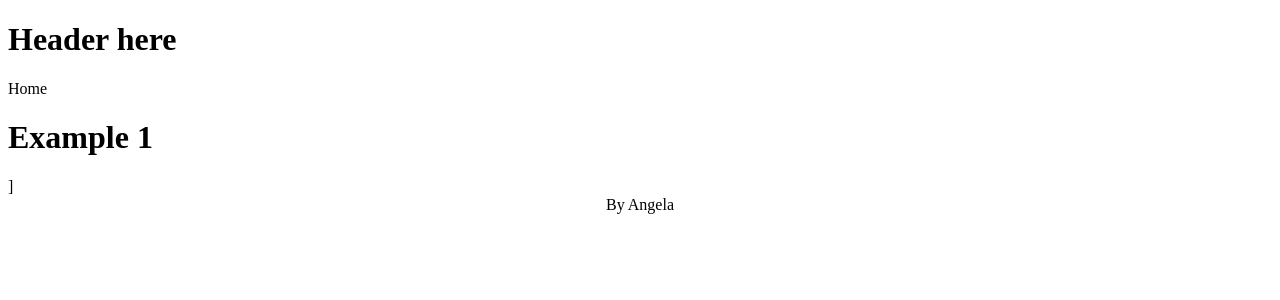
Repository: y-w-lee/class-3
Page: /ExampleOne
The author's editor kept a copy of each file at every save. The page is drawn from the files as they stood at one save, then again after the next save.
The browser window is 1280 px wide. The pictures show the whole page.
The project was rebuilt for these pictures with package versions that can differ from the ones it lists, and the page was loaded fresh each time. The framework's server and built-in components were replaced by stand-ins that run in the browser. Also part of the build but not shown: next.config.js.

Above is the page before, as saved 2024-01-17 23:58:38.

After the next save:
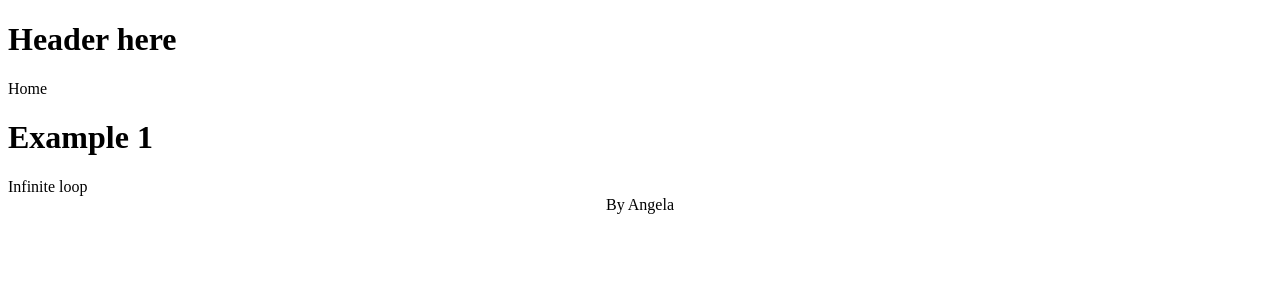
Saved 10 s later.
--- a/pages/ExampleOne.js
+++ b/pages/ExampleOne.js
@@ -7,7 +7,8 @@ export default function ExampleOne () {
         <>
         <Header/>
         <main>
-            <h1>Example 1</h1>]
+            <h1>Example 1</h1>
+            <div>Infinite loop</div>
         </main>
         <Footer/>
         </>
